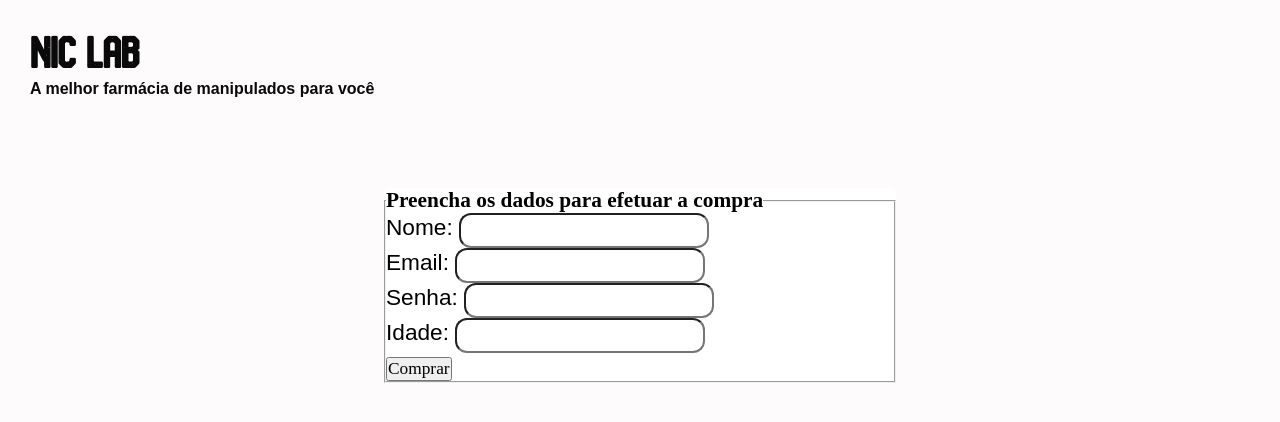
Repository: Leonngc/Lab
Page: comprar.html
The author's editor kept a copy of each file at every save. The page is drawn from the files as they stood at one save, then again after the next save.
The browser window is 1280 px wide. The pictures show the whole page.

Above is the page before, as saved 2022-12-30 12:31:38.

After the next save:
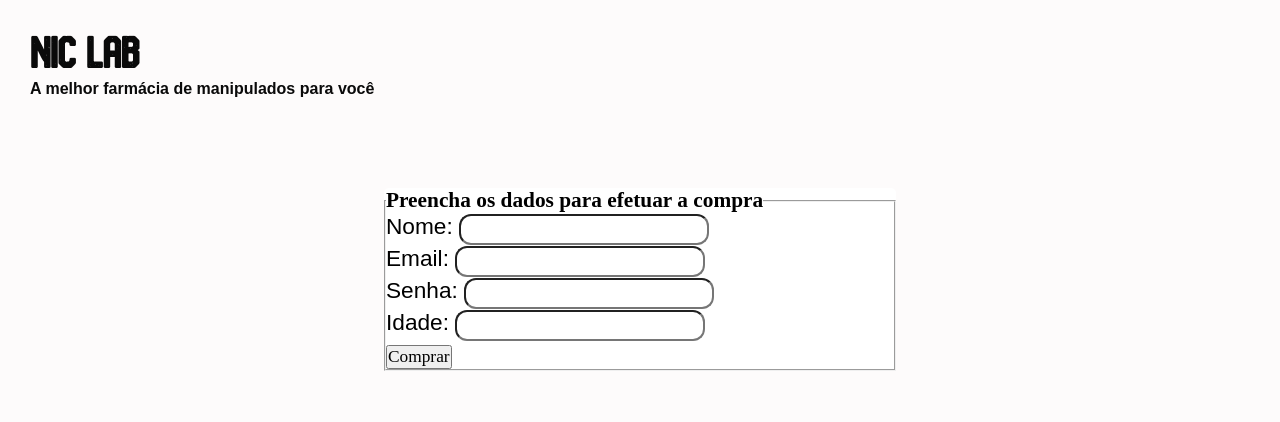
Saved 10 s later.
--- a/styles/pag-compra.css
+++ b/styles/pag-compra.css
@@ -58,5 +58,5 @@ input#nome{
 .dados{
     border-radius: 12px;
     width: 250px;
-    padding: 8px;
+    padding: 6px;
 }
